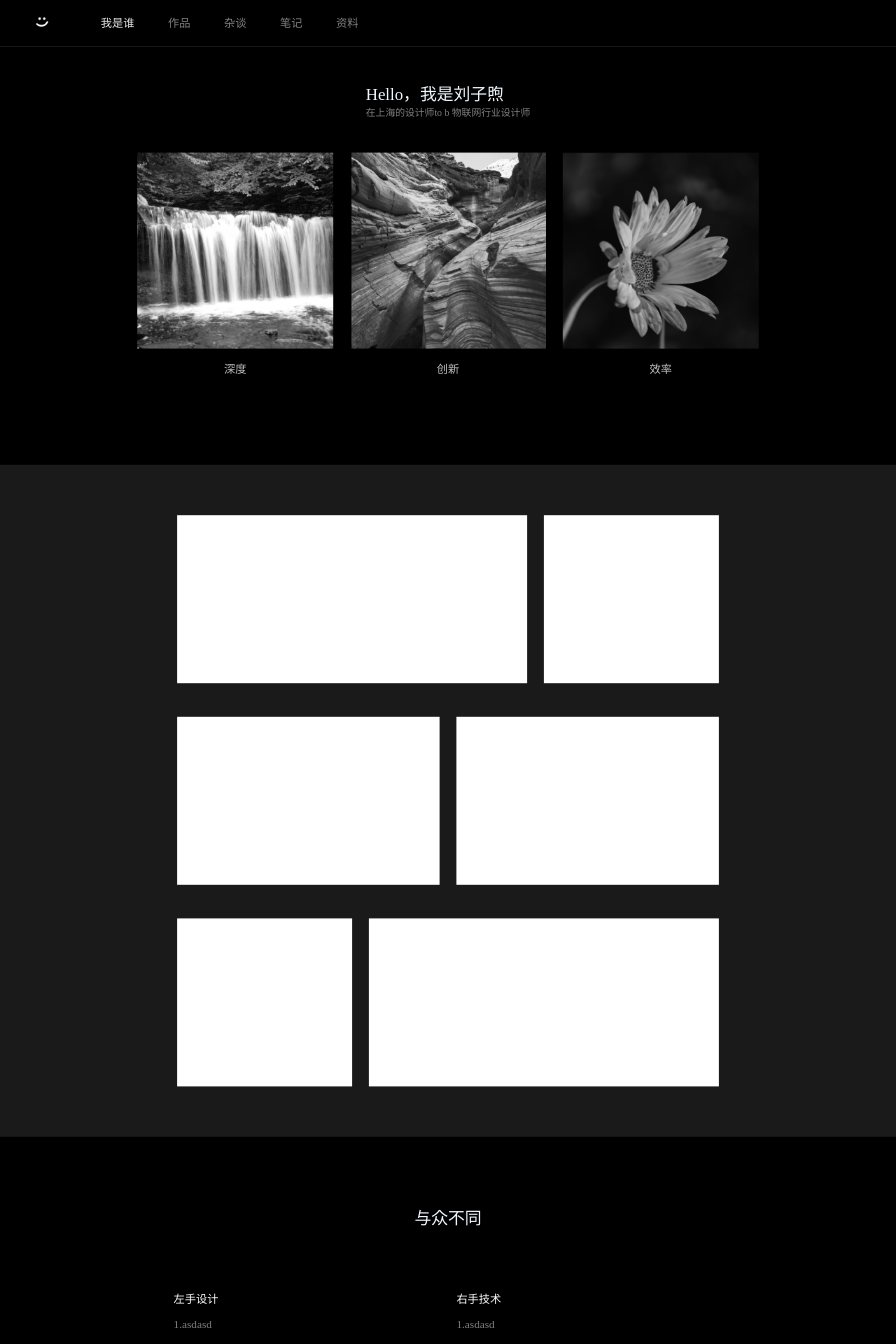
Repository: LiuZixu-aurelio/myblog-Vue
Page: /#/home/who
These files come from the project's save history. The page is drawn as it stood at one moment and after the next save; the edit follows.
The browser window is 1280 px wide. The pictures show the part of the page from y = 0 to 1920 px (the page is 2572 px tall), at 70% of full size.
The project was rebuilt for these pictures with package versions that can differ from the ones it lists, and the page was loaded fresh each time. Also part of the build but not shown: vue.config.js, src/views/PreView.vue, src/components/cardCom.vue, src/views/project.vue, src/views/talk.vue, src/views/sign.vue, src/views/test.vue, src/components/detailCom.vue.

Above is the page before, as saved 2022-08-29 14:08:56.

After the next save:
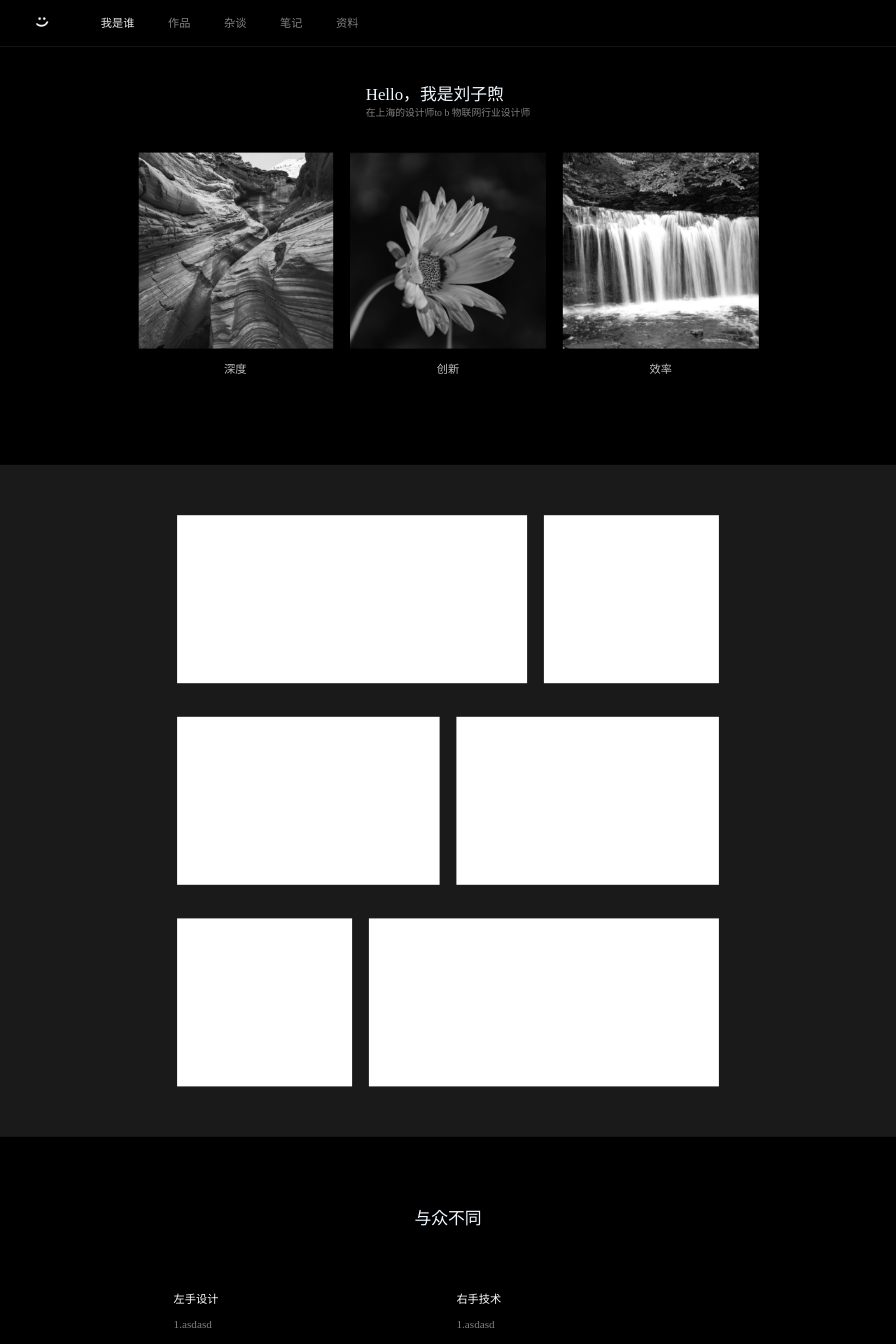
Saved 28 s later.
--- a/src/views/who.vue
+++ b/src/views/who.vue
@@ -126,19 +126,19 @@
 #a1 {
   width: 280px;
   height: 280px;
-  background-image: url('../assets/who/c1.png');
-  background-size: 300px 300px;
-}
-#b1 {
-  width: 280px;
-  height: 280px;
   background-image: url('../assets/who/c2.png');
   background-size: 300px 300px;
 }
-#c1 {
+#b1 {
   width: 280px;
   height: 280px;
   background-image: url('../assets/who/c3.png');
+  background-size: 300px 300px;
+}
+#c1 {
+  width: 280px;
+  height: 280px;
+  background-image: url('../assets/who/c1.png');
   background-size: 300px 300px;
 }
 
